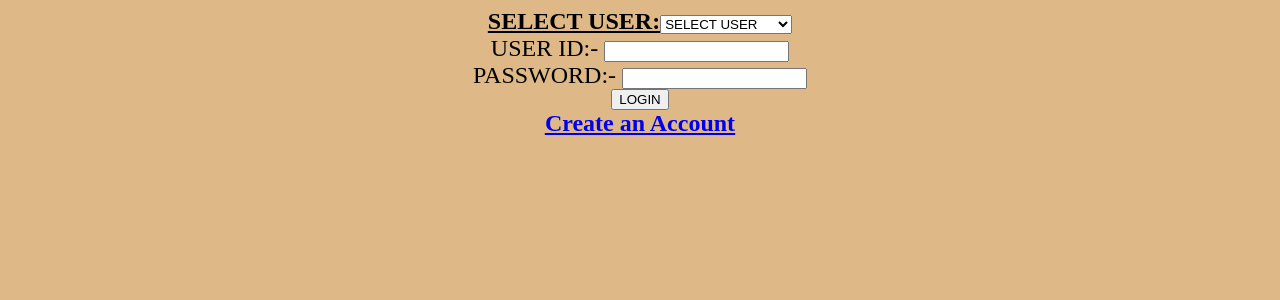
Repository: subhamsourabh265/LibManagementSystemJ2EE-
Page: library/WebContent/mylogin.html
These files come from the project's save history. The page is drawn as it stood at one moment and after the next save; the edit follows.
The browser window is 1280 px wide. The pictures show the whole page.

Above is the page before, as saved 2015-07-06 19:58:10.

### library/WebContent/mylogin.html

<!DOCTYPE html PUBLIC "-//W3C//DTD HTML 4.01 Transitional//EN" "http://www.w3.org/TR/html4/loose.dtd">
<html>
<head>
<meta http-equiv="Content-Type" content="text/html; charset=ISO-8859-1">
<script type="text/javascript">
</script>
<title>User Profile</title>
</head>
<body bgcolor= burlywood >
<form action="login" method="post">
<center>
<font size = 5 color = black>
<b><u>SELECT USER:</u></b><select name="user">
<option selected>SELECT USER</option>
<option value="admin">ADMINISTRATOR</option>
<option value="member">MEMBER</option></select><br>
USER ID:- <input type="text" name="n1"><br>
PASSWORD:- <input type="password" name="n2"><br>
    <input type="submit" value="LOGIN"><br>

    <a href="registration.html"><b><u>Create an Account</u></b></a>

</font>
</center>
</form>
</body>
</html>

After the next save:
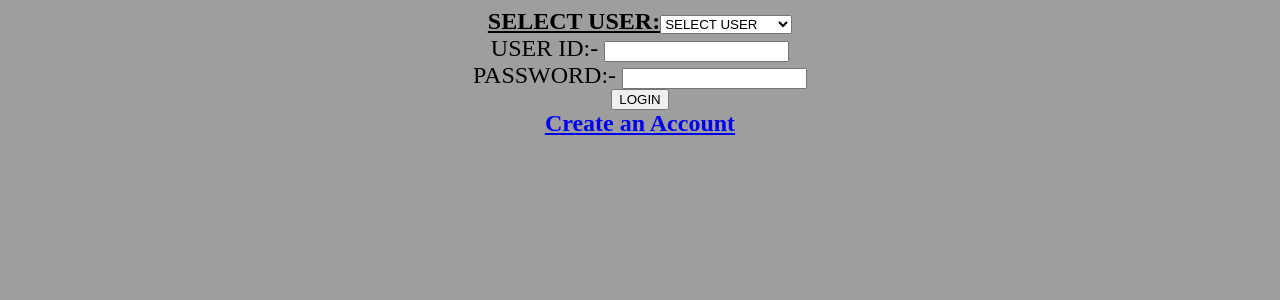
Saved 2 min 44 s later.
--- a/library/WebContent/mylogin.html
+++ b/library/WebContent/mylogin.html
@@ -7,7 +7,7 @@
 </script>
 <title>User Profile</title>
 </head>
-<body bgcolor= burlywood >
+<body backgroUND = "F:\IMAGES\wallpaper\images (16).jpg" >
 <form action="login" method="post">
 <center>
 <font size = 5 color = black>
